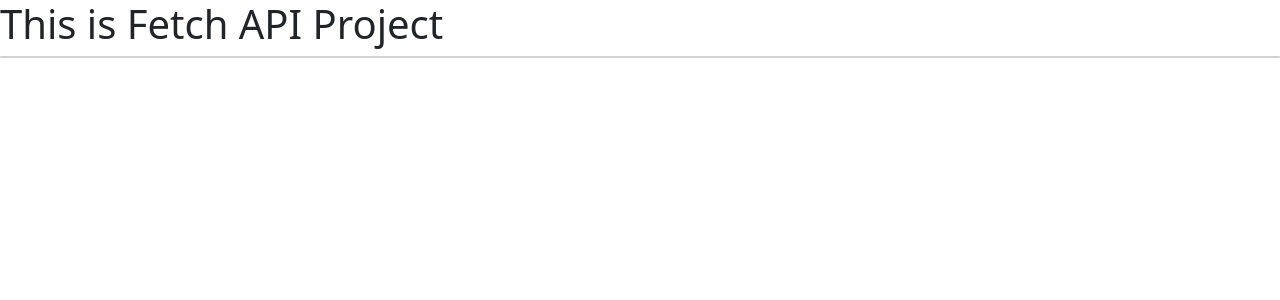
Repository: prathmeshgodbole/FetchAPI
Page: /
An editor plug-in stored every save of this project. The page is shown before and after a run of saves, followed by the edit.
The browser window is 1280 px wide. The pictures show the whole page.
The page's requests for data from a server got no answer. The project was rebuilt for these pictures with package versions that can differ from the ones it lists, and the page was loaded fresh each time. No one was signed in, and anything a server would have sent is missing.

Above is the page before, as saved 2021-08-11 16:00:26.

### src/index.js
import React from 'react';
import ReactDOM from 'react-dom';
import './index.css';
import App from './App';
import reportWebVitals from './reportWebVitals';
import "../node_modules/bootstrap/dist/css/bootstrap.min.css";

ReactDOM.render(
  <React.StrictMode>
    <App />
  </React.StrictMode>,
  document.getElementById('root')
);

// If you want to start measuring performance in your app, pass a function
// to log results (for example: reportWebVitals(console.log))
// or send to an analytics endpoint. Learn more: https://bit.ly/CRA-vitals
reportWebVitals();

### src/App.js
import FetchAPI from './FetchAPI';

function App() {
  return (
    <div><h1>This is Fetch API Project</h1>
    <FetchAPI></FetchAPI>
    </div>
  );
}

export default App;

### src/FetchAPI.js
import axios from "axios";
import React from "react";
import { Card} from "react-bootstrap";

const FetchAPI = () => {
  const [post, setPost] = React.useState([]);

  React.useEffect(() => {
    function getPost() {
      axios
        .get("https://reqres.in/api/users?page=1")
        .then((response) => {
          setPost(response.data.data);
        })
        .catch((error) => alert(error));
    }
    getPost();
  }, []);

  if (!post) return "No post!";

  return (
    // <div>
    //   {post.map((item, index) => (
    //     <ul key={index}>
    //       {/* <ul key={index}> */}
    //       {/* <li>{item.id}</li>
    //       <li>{item.email}</li> */}
    //       {/* </ul> */}

    //         {/* <Card border="info">
    //             <Card.Img variant="top" src="item.avatar" />
    //             <Card.Body>
    //               <Card.Title>{item.id}</Card.Title>
    //               <Card.Title>
    //                 {item.first_name} <span> </span> {item.last_name}
    //               </Card.Title>
    //               <Card.Text>{item.email}</Card.Text>
    //             </Card.Body>
    //         </Card> */}
    //     </ul>
    //   ))}
    // </div>

    <div className="card text-center">

    </div>
  );
};

export default FetchAPI;

Loaded but not shown: public/index.html (common file); src/index.css (common file); src/reportWebVitals.js (common file)

After the next 3 saves:
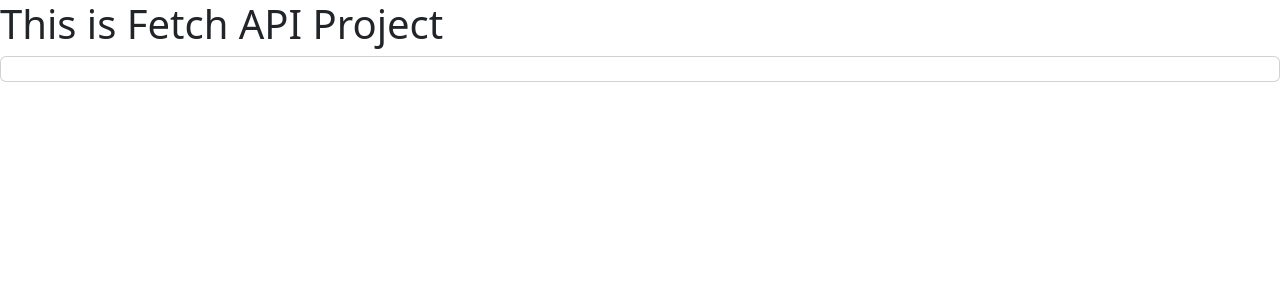
The 3 saves are shown as one change because they came seconds apart.
The last was saved 12 s later.
--- a/src/FetchAPI.js
+++ b/src/FetchAPI.js
@@ -43,7 +43,9 @@ const FetchAPI = () => {
     // </div>
 
     <div className="card text-center">
-
+      <div className="overflow">
+        <img src="" alt="" />
+      </div>
     </div>
   );
 };
